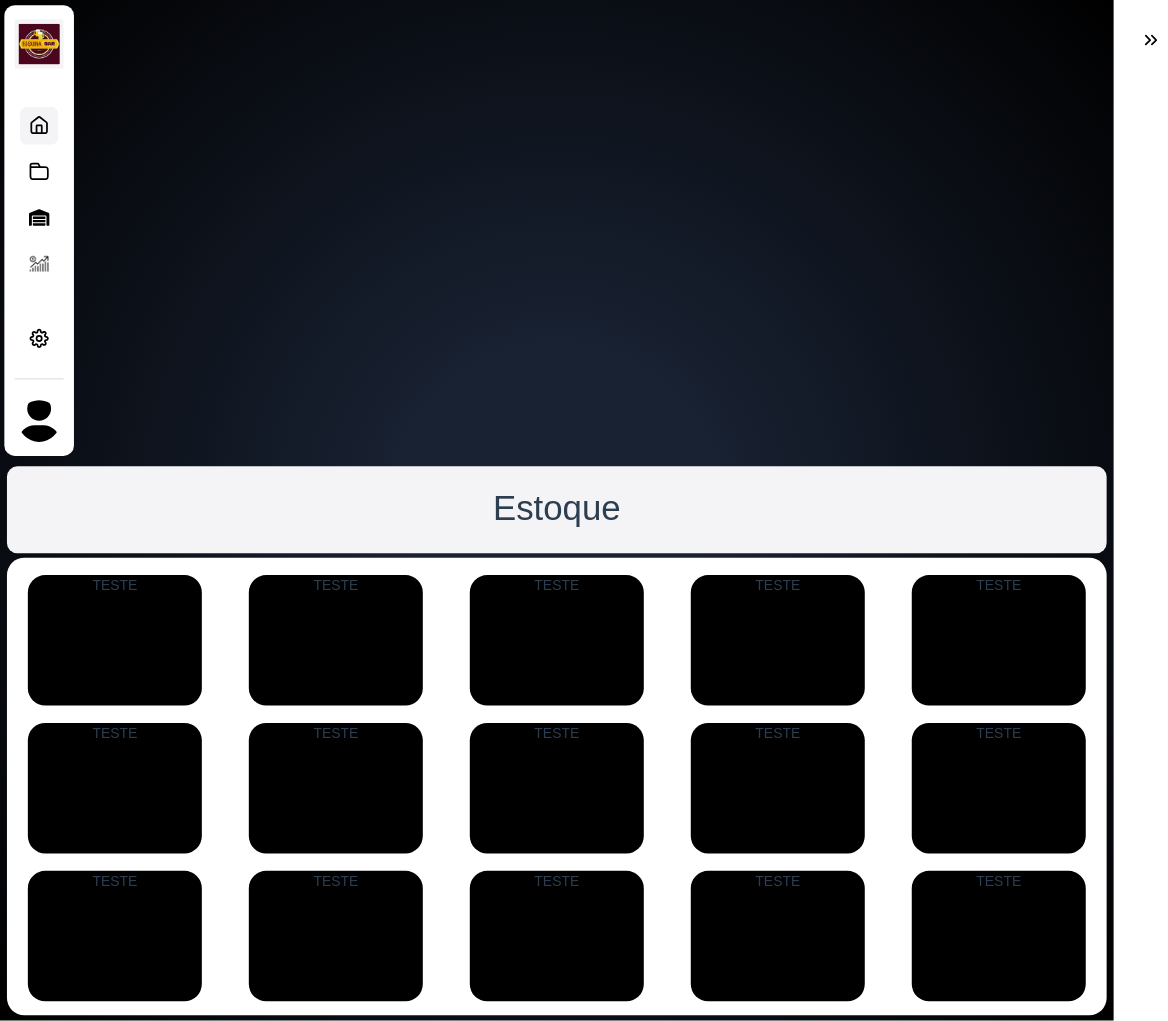
Repository: jazaoo13/Projeto_Oficina_Integracao
Page: / (app in Aplicacao_vue/)
An editor plug-in stored every save of this project. The page is shown before and after the next save, followed by the edit.
The browser window is 1280 px wide. The page is 1343 px wide, so the pictures cover 1343 px, including what lies to the right of the window. The pictures show the whole page, at 87% of full size.
The page's requests for data from a server got no answer. The project was rebuilt for these pictures with package versions that can differ from the ones it lists, and the page was loaded fresh each time. No one was signed in, and anything a server would have sent is missing. Also part of the build but not shown: Aplicacao_vue/vue.config.js, Aplicacao_vue/src/View/jazao.vue.

Above is the page before, as saved 2023-11-19 17:32:04.

### Aplicacao_vue/public/index.html
<!DOCTYPE html>
<html lang="">
  <head>
    <meta charset="utf-8">
    <meta name="viewport" content="width=device-width, initial-scale=1">
    <meta http-equiv="X-UA-Compatible" content="IE=edge">
    <meta name="viewport" content="width=device-width,initial-scale=1.0">
    <link rel="icon" href="<%= BASE_URL %>favicon.ico">
    <link href="https://cdn.jsdelivr.net/npm/bootstrap@5.3.2/dist/css/bootstrap.min.css" rel="stylesheet" integrity="sha384-T3c6CoIi6uLrA9TneNEoa7RxnatzjcDSCmG1MXxSR1GAsXEV/Dwwykc2MPK8M2HN" crossorigin="anonymous">
    <title>Controle de Bebidas</title>
  </head>
  <body>
    <script src="https://cdn.jsdelivr.net/npm/bootstrap@5.3.2/dist/js/bootstrap.bundle.min.js" integrity="sha384-C6RzsynM9kWDrMNeT87bh95OGNyZPhcTNXj1NW7RuBCsyN/o0jlpcV8Qyq46cDfL" crossorigin="anonymous"></script>
    <div id="app"></div>
    <!-- built files will be auto injected -->
  </body>
</html>

### Aplicacao_vue/src/main.js
import Vue from 'vue'
import App from './App.vue'
import {BootstrapVue, IconsPlugin} from 'bootstrap-vue';
import 'font-awesome/css/font-awesome.css';
import 'bootstrap-vue/dist/bootstrap-vue.css'
import 'bootstrap/dist/css/bootstrap.css'
import router from './router'
import Vuex from 'vuex'
import store from './store'

Vue.config.productionTip = false
Vue.use(BootstrapVue);
Vue.use(IconsPlugin);
Vue.use(Vuex);

new Vue({
  router,
  store,
  render: h => h(App)
}).$mount('#app')

### Aplicacao_vue/src/App.vue
<template>
  <div id="app">
    <router-view/>
  </div>
</template>

<style lang="scss">
#app {
  font-family: Avenir, Helvetica, Arial, sans-serif;
  -webkit-font-smoothing: antialiased;
  -moz-osx-font-smoothing: grayscale;
  text-align: center;
  color: #2c3e50;
  height: 100%;
}

nav {
  padding: 30px;

  a {
    font-weight: bold;
    color: #2c3e50;

    &.router-link-exact-active {
      color: #42b983;
    }
  }
}
</style>

### Aplicacao_vue/src/router/index.js
import Vue from 'vue'
import VueRouter from 'vue-router'
import Home from '../View/Home.vue'
import jazao_component from '../View/jazao.vue'
Vue.use(VueRouter)

const routes = [
  {
    path: '/',
    name: 'home',
    component: Home
  },
  {
    path: '/jazao',
    name: 'Jazao',
    component: jazao_component
    //component: () => import(/* webpackChunkName: "about" */ '../View/HomeTeste.vue')
  },

]

const router = new VueRouter({
  mode: 'history',
  base: process.env.BASE_URL,
  routes
})

export default router

### Aplicacao_vue/src/store.js
import Vue from 'vue'
import Vuex from 'vuex'

Vue.use(Vuex)

const store = new Vuex.Store({
    data(){
        return{
            isActive: false
        }
    },
    state: {
        count: 0,
        isActive: false
    },
    mutations: {
        increment(state) {
            state.count++
        },
        setIsActive(state){
            state.isActive = !state.isActive
        }
    },

})
export default store

### Aplicacao_vue/src/View/Home.vue
<template>
    <div class="bodyClass">
        <div class="container-fluid">
            <div class="row">
                <Sidebar></Sidebar>
            </div>
            <div class="content-container">
                <HeaderPage></HeaderPage>
                <EstoqueView></EstoqueView>
            </div>
        </div>
    </div>
</template>

<script>
import axios from 'axios';
import Sidebar from './Sidebar.vue';
import HeaderPage from './Header.vue'
import EstoqueView from '../components/EstoqueView.vue'
export default {
    name: 'HomePage',
    components: {
        Sidebar,
        HeaderPage,
        EstoqueView
    },
    data() {
        return {
            lstApi: '',
        };
    },
    methods: {
        chamar_api() {
            let url = 'https://catfact.ninja/fact';
            axios
                .get(url, {

                })
                .then((resposta) => {
                    this.lstApi = resposta
                })
                .catch((erro) => console.log(erro));
        },
    },
    mounted() {
        this.chamar_api()
    },
};
</script>

<style lang="scss" scoped>
.bodyClass {
    background: radial-gradient(circle at 50% 50%, #192233 20%, #000);
    padding: 0.375rem;
    font-family: Poppins, sans-serif;
    display: flex;
    height: 100%;
}
.container-fluid {
  flex: 1;
  height: 100%;
  display: flex;
  flex-direction: column;
  padding-right: 2px;
  padding-left: 2px;
}
.content-container {
  display: flex;
  flex-direction: column;
}
</style>

### Aplicacao_vue/src/View/Sidebar.vue
<template>
    <div>
        <nav class="sideBar" :class="{ 'isActive': this.$store.state.isActive }">
            <div class="sidebar-header" :class="{ 'isActive': this.$store.state.isActive }">
                <a class="logo-wrapper">
                    <img src="@/assets/logo_esquina.png" alt="Logo" :class="{ 'isActive': this.$store.state.isActive }">
                    <h2 :class="{ 'isActive': this.$store.state.isActive }">Bar da Esquina</h2>
                </a>
                <button class="toggle-btn" @click="toggle()">
                    <img src="../assets/expand.svg" alt="expand button">
                </button>
            </div>

            <div class="sidebar-links" :class="{ 'isActive': this.$store.state.isActive }">
                <a class="link active">
                    <img src="../assets/home.svg" alt="">
                    <span :class="{ 'isActive': this.$store.state.isActive }">Home</span>
                </a>
                <a class="link">
                    <img src="../assets/projects.svg" alt="">
                    <span :class="{ 'isActive': this.$store.state.isActive }">Cadastro</span>
                </a>
                <a class="link">
                    <img src="../assets/estoque.svg" alt="">
                    <span :class="{ 'isActive': this.$store.state.isActive }">Estoque</span>
                </a>
                <a class="link">
                    <img src="../assets/vendas.png" alt="">
                    <span :class="{ 'isActive': this.$store.state.isActive }">Vendas</span>
                </a>
            </div>


            <div class="sidebar-bottom" :class="{ 'isActive': this.$store.state.isActive }">
                <div class="sidebar-links" :class="{ 'isActive': this.$store.state.isActive }">
                    <a class="link">
                        <img src="../assets/settings.svg" alt="">
                        <span :class="{ 'isActive': this.$store.state.isActive }">Configurações</span>
                    </a>
                </div>

                <div class="user-profile" :class="{ 'isActive': this.$store.state.isActive }">
                    <div class="user-avatar">
                        <img src="../assets/user.svg" alt="">
                    </div>
                    <div class="user-details" :class="{ 'isActive': this.$store.state.isActive }">
                        <p class="username">Usuario</p>
                        <p class="user-email">email@gmail.com</p>
                    </div>
                </div>
            </div>
        </nav>
    </div>
</template>

<script>
import { mapState } from 'vuex'
export default {
    name: "SiderBar",
    components: {
    },
    data() {
        return {
            //isActive:false,
            // imagens:{
            //     imagem1: url=''
            // }
            //array de objetos para os botoes laterais
        }
    },
    methods: {
        Abre_Cadastro() {

        },
        computed: {
            ...mapState(['isActive'])

        },
        toggle() {
            this.$store.commit('setIsActive');

            const toggleBtn = document.querySelector(".toggle-btn");
            toggleBtn.style.transform = this.$store.state.isActive ? "rotate(180deg)" : "rotate(0deg)";
        },
    },
    mounted() {

    },
}
</script>


<style lang="scss">
*,
*::before,
*::after {
    margin: 0;
    padding: 0;
    box-sizing: border-box;
}

button,
a {
    all: unset;
    font: inherit;
    cursor: pointer;
    text-decoration: none !important;
}

a:hover {
    color: inherit !important;
}

.sideBar {
    width: 5rem;
    height: calc(100% - 0.75rem);
    background-color: #ffffff;
    padding: 1rem 0.75rem;
    border-radius: 0.75rem;
    display: flex;
    flex-direction: column;
    transition: width 500ms ease;

    &.isActive {
        width: 15rem;
    }
}

h2 {
    display: none;

    &.isActive {
        display: inline;
        font-size: 1.5rem;
    }
}

.sidebar-header,
.sidebar-links {
    display: flex;
    justify-content: center;
    align-items: center;
    overflow: hidden;
    flex-direction: column;
    &.isActive {
        justify-content: start;
        align-items: stretch;
    }
}
.sidebar-links {
    flex-direction: column;
    margin-bottom: auto;
    gap: 0.6rem;
    padding-bottom: 1.5rem;
    padding-top: 1.5rem;
}
.sidebar-header {
    margin-bottom: 1.5rem;
    &.isActive {
        justify-content: start;
        align-items: stretch;
    }
}

.logo-wrapper {
    display: flex;
    justify-content: start;
    align-items: center;
    gap: 1.25rem;
    text-decoration: none !important;
}

a.logo-wrapper:hover {
    color: inherit !important;
}

.logo-wrapper>img {
    width: 60px;
    height: 60px;
    background-color: #f4f4f6;
    padding: 0.4rem;
    border-radius: 0.5rem;

    &.isActive {
        width: 100px;
        height: 100px;
    }
}

.sideBar.sidebar-links {
    border-top: 1px solid rgb(211, 211, 211);
}

.link {
    display: flex;
    padding: 0.6rem;
    border-radius: 0.5rem;
    gap: 1.5rem;
}

span {
    display: none;

    &.isActive {
        display: inline;
    }
}

.link:hover,
.link.active:hover {
    background-color: #e4e4e8;
}

.link.active {
    background-color: #f4f4f6;
}

.link>img {
    width: 24px;
    height: 24px;
}

.sidebar-bottom .sidebar-links {
    padding-bottom: 1.5rem;
}

.toggle-btn {
    position: absolute;
    top: 26px;
    right: -63px;
    padding: 0.5rem;
    background-color:var(--bs-heading-color);
    border-radius: 50%;
    display: flex;
    justify-content: center;
    align-items: center;
    transition: transform 0.25s ease;
}

.user-profile {
    display: flex;
    justify-content: center;
    align-items: center;
    gap: 1.5rem;
    padding-top: 1.5rem;
    border-top: 1px solid rgb(211, 211, 211);

    &.isActive {
        justify-content: start;
        align-items: stretch;
    }
}

.user-avatar {
    width: 48px;
    height: 48px;
    cursor: pointer;
    transition: scale 0.2s ease;
}

.user-avatar img {
    width: 100%;
    height: 100%;
    border-radius: 50%;
    object-fit: cover;
}

.user-avatar:hover {
    scale: 1.1;
}

.user-details {
    align-self: center;
    overflow: hidden;
    display: none;

    .username {
        font-size: 0.85rem;
        font-weight: 600;
    }

    .user-email {
        font-size: 0.8rem;
    }

    &.isActive {
        display: inline;
    }

}</style>

### Aplicacao_vue/src/View/Header.vue
<template>
    <div>
        <div class="header" :class="{ 'isActive': this.$store.state.isActive }">
        <h1 class="titulo">Estoque</h1>
        </div>
    </div>
</template>

<script>
import { mapState } from 'vuex'
export default {
    name: "HeaderPage",
    data() {
        return {
            //isActive: false,
        }
    },
    computed: {
        ...mapState(['isActive'])

    },
}
</script>

<style lang="scss" scoped>
.header {
    //width: calc(100% - 85px);
    background-color: #f4f4f6;
    border-radius: 0.75rem;
    height: 100px;
    margin-left:auto;
    transition: width 500ms ease ;
    &.isActive{
        //width:calc(100% - 245px);
        transition: width 500ms ease ;
    }
}
.titulo{
    height: 100%;
    padding-top: 1.5rem;
}

// .header{

// }
</style>

### Aplicacao_vue/src/components/EstoqueView.vue
<template>
    <div class="fundo" :class="{ 'isActive': this.$store.state.isActive }">
        <div class="row" >
            <ul class="listaItens">
                <li class="items">TESTE</li>
                <li class="items">TESTE</li>
                <li class="items">TESTE</li>
                <li class="items">TESTE</li>
                <li class="items">TESTE</li>
                <li class="items">TESTE</li>
                <li class="items">TESTE</li>
                <li class="items">TESTE</li>
                <li class="items">TESTE</li>
                <li class="items">TESTE</li>
                <li class="items">TESTE</li>
                <li class="items">TESTE</li>
                <li class="items">TESTE</li>
                <li class="items">TESTE</li>
                <li class="items">TESTE</li>
                <!-- <li class="items">TESTE</li>
                <li class="items">TESTE</li>
                <li class="items">TESTE</li> -->
            </ul>
        </div>
    </div>
</template>

<script>
import { mapState } from 'vuex'
export default {
    name: "EstoqueView",
    methods: {
        computed: {
            ...mapState(['isActive'])
        }
    },
}
</script>

<style lang="scss" scoped>

.fundo{
    background-color: #ffffff;
    //width: calc(100% - 85px);
    margin-left: auto;
    border-radius: 20px;
    margin-top: 5px;
    margin-right: 0px;
    height: auto;
    transition: width 500ms ease;
    &.isActive {
        //width: calc(100% - 245px);
        transition: width 500ms ease;
    }
}

.items {
    background-color: black;
    //padding: 80px 100px;
    width:200px;
    height: 150px;
    margin: 20px 10px 0px;
    border-radius: 20px;
    list-style-type: none;
}

.listaItens {
    display: flex;
    flex-direction: row;
    flex-wrap: wrap;
    justify-content: space-around;
}</style>

After the next save:
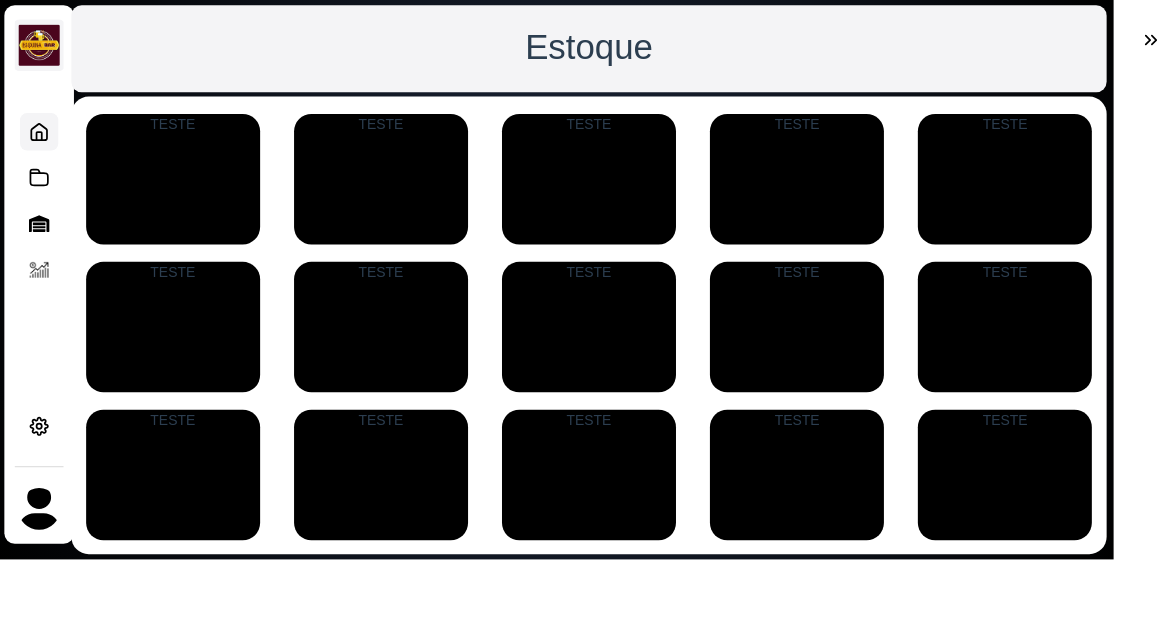
Saved 1 s later.
--- a/Aplicacao_vue/src/View/Home.vue
+++ b/Aplicacao_vue/src/View/Home.vue
@@ -57,10 +57,8 @@ export default {
     height: 100%;
 }
 .container-fluid {
-  flex: 1;
-  height: 100%;
   display: flex;
-  flex-direction: column;
+  flex-direction: row;
   padding-right: 2px;
   padding-left: 2px;
 }
